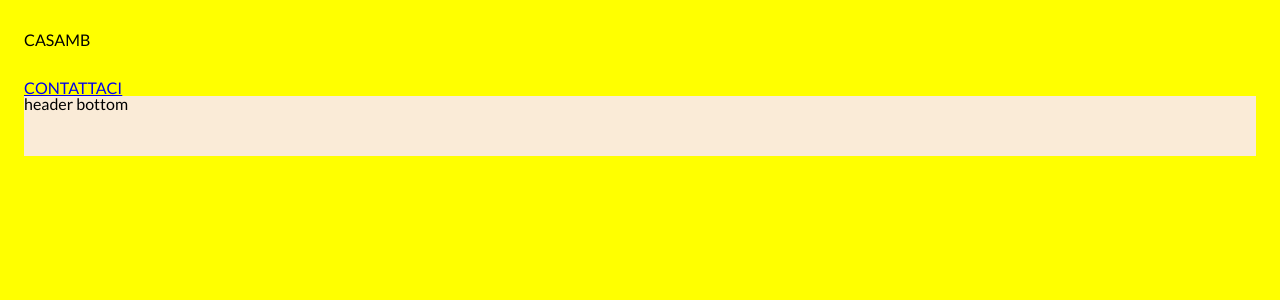
Repository: nicolorz/casamb
Page: /
The author's editor kept a copy of each file at every save. The page is drawn from the files as they stood at one save, then again after the next save.
The browser window is 1280 px wide. The pictures show the whole page.
The project was rebuilt for these pictures with package versions that can differ from the ones it lists, and the page was loaded fresh each time. Also part of the build but not shown: src/index.css, src/App.css.

Above is the page before, as saved 2023-07-18 17:27:02.

After the next save:
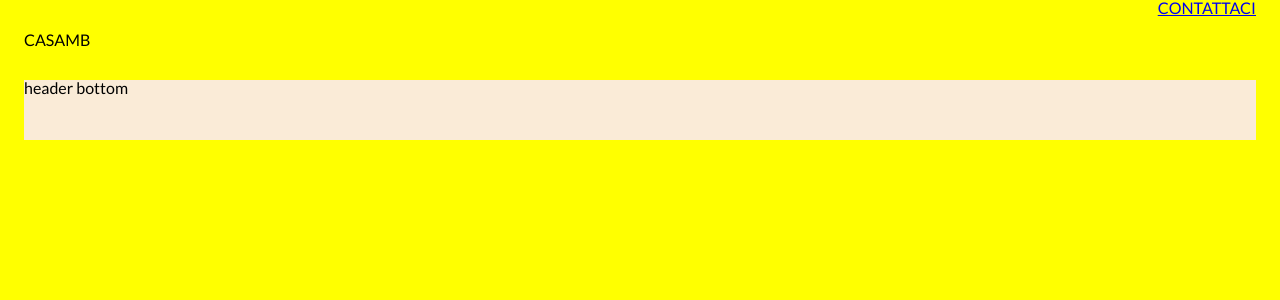
Saved 35 s later.
--- a/src/components/HeaderWrapper/Header.css
+++ b/src/components/HeaderWrapper/Header.css
@@ -4,6 +4,9 @@
 
 .header-top {
     width: 100%;
+    display: flex;
+    flex-flow: row nowrap;
+    justify-content: space-between;
 }
 
 .header-top_logo {
